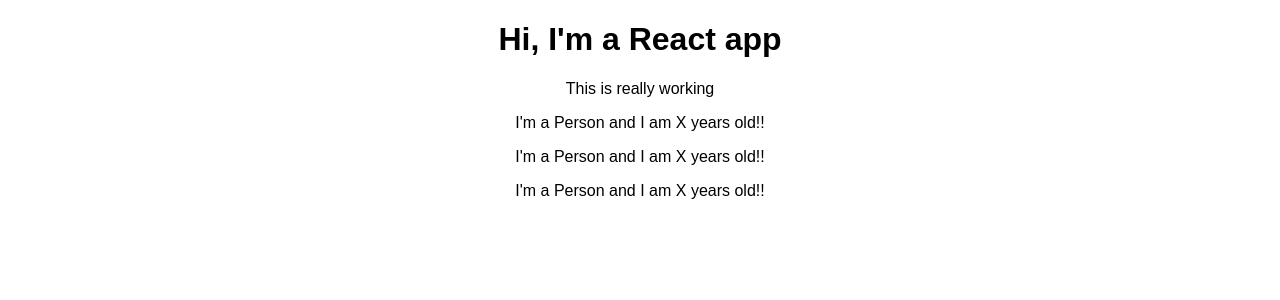
Repository: cristinadoroftei/FirstReactProject
Page: /
An editor plug-in stored every save of this project. The page is shown before and after a run of saves, followed by the edit.
The browser window is 1280 px wide. The pictures show the whole page.
The project was rebuilt for these pictures with package versions that can differ from the ones it lists, and the page was loaded fresh each time.

Above is the page before, as saved 2020-07-08 09:40:21.

### src/App.js
//import React which is responsible for rendering things in the DOM and Component to extend the Component class
import React, { Component } from 'react';
import './App.css';
import Person from './Person/Person.js'


class App extends Component {
  render() {
    return (
      <div className="App">
        <h1>Hi, I'm a React app</h1>
        <p>This is really working</p>
        <Person />
        <Person />
        <Person />
      </div>
    );
    // return React.createElement('div', null, React.createElement('h1', {className: 'App'}, 'Hi, Im a react app!') )
  }
}

export default App;

### src/Person/Person.js
import React from 'react';


const person = () => {
    return <p>I'm a Person and I am X years old!!</p>
};


export default person;

Loaded but not shown: public/index.html (common file); src/index.js (common file); src/index.css (common file); src/registerServiceWorker.js (common file); src/App.css (common file)

After the next 4 saves:
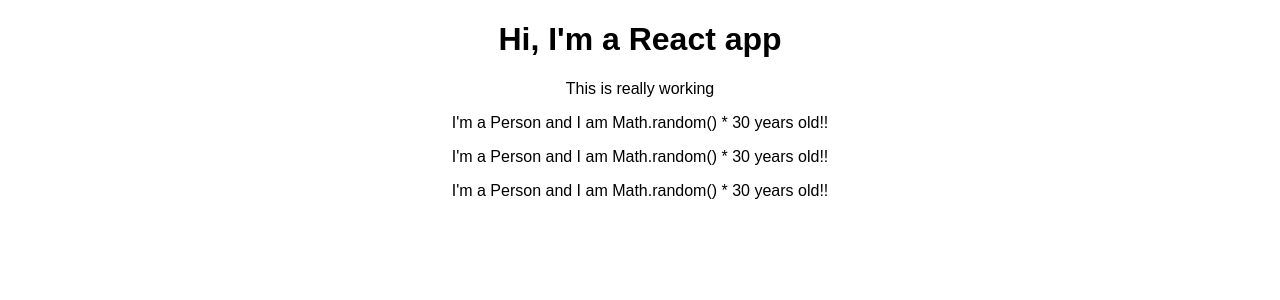
The 4 saves are shown as one change because they came seconds apart.
The last was saved 12 s later.
--- a/src/Person/Person.js
+++ b/src/Person/Person.js
@@ -2,7 +2,7 @@ import React from 'react';
 
 
 const person = () => {
-    return <p>I'm a Person and I am X years old!!</p>
+    return <p>I'm a Person and I am Math.random() * 30 years old!!</p>
 };
 
 
